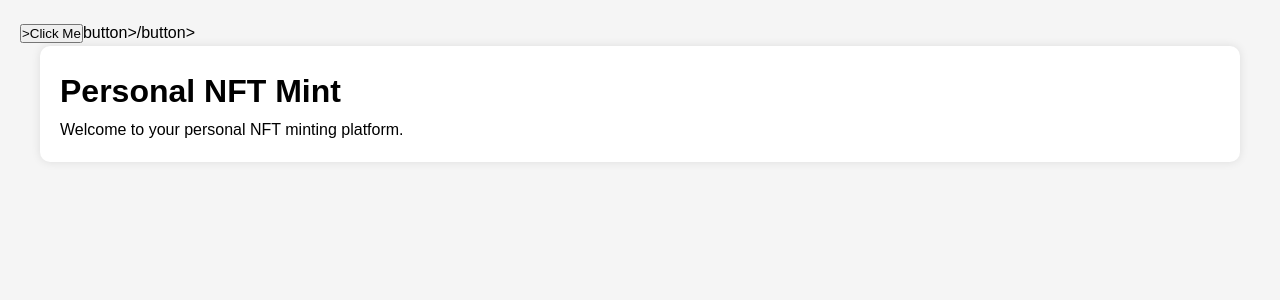
Repository: Ch3fC0d3/-MACT6340
Page: index.html
An editor plug-in stored every save of this project. The page is shown before and after the next save, followed by the edit.
The browser window is 1280 px wide. The pictures show the whole page.

Above is the page before, as saved 2025-01-15 10:01:33.

### index.html
<!DOCTYPE html>
<html>
<head>
    <meta charset="UTF-8">
    <meta http-equiv="content-type" content="text/html; charset=utf-8" />
    <meta name="viewport" content="width=device-width, initial-scale=1.0">
    <link rel="icon" type="image/x-icon" href="./images/favicon.ico">
    <title>Personal NFT Mint</title>
    <meta name="author" content="David G. Smith">
    <meta name="description" content="A personal NFT mint for an artist.">
    <link rel="stylesheet" href="./CSS/style.css">
</head>
<body>
    <button id="TestButton">>Click Me</button>button>/button>
    <script type="module" src="./js/index.js"></script>
</body>
</html>

### CSS/style.css
* {
    margin: 0;
    padding: 0;
    box-sizing: border-box;
}

body {
    font-family: Arial, sans-serif;
    line-height: 1.6;
    padding: 20px;
    background-color: #f5f5f5;
}

.container {
    max-width: 1200px;
    margin: 0 auto;
    padding: 20px;
    background-color: white;
    border-radius: 10px;
    box-shadow: 0 0 10px rgba(0,0,0,0.1);
}

### js/index.js
// Main application logic
document.addEventListener('DOMContentLoaded', () => {
    const app = document.createElement('div');
    app.className = 'container';

    const header = document.createElement('h1');
    header.textContent = 'Personal NFT Mint';

    const description = document.createElement('p');
    description.textContent = 'Welcome to your personal NFT minting platform.';

    app.appendChild(header);
    app.appendChild(description);
    document.body.appendChild(app);
});

After the next save:
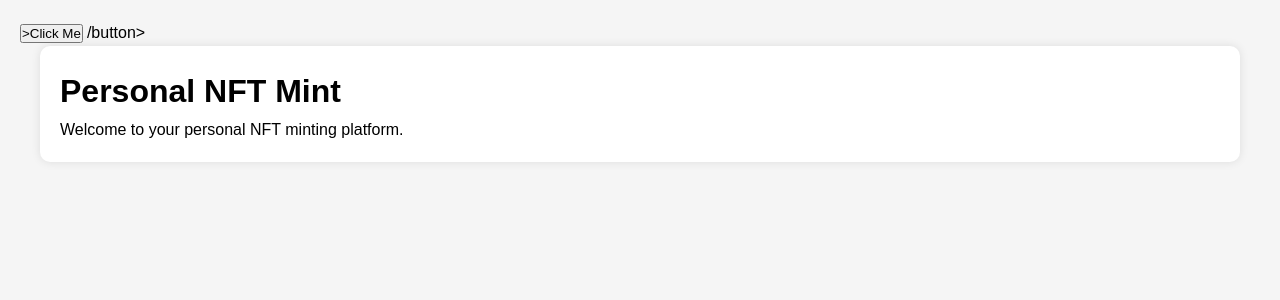
Saved 4 s later.
--- a/index.html
+++ b/index.html
@@ -11,7 +11,7 @@
     <link rel="stylesheet" href="./CSS/style.css">
 </head>
 <body>
-    <button id="TestButton">>Click Me</button>button>/button>
+    <button id="TestButton">>Click Me</button><button></button>/button>
     <script type="module" src="./js/index.js"></script>
 </body>
 </html>
